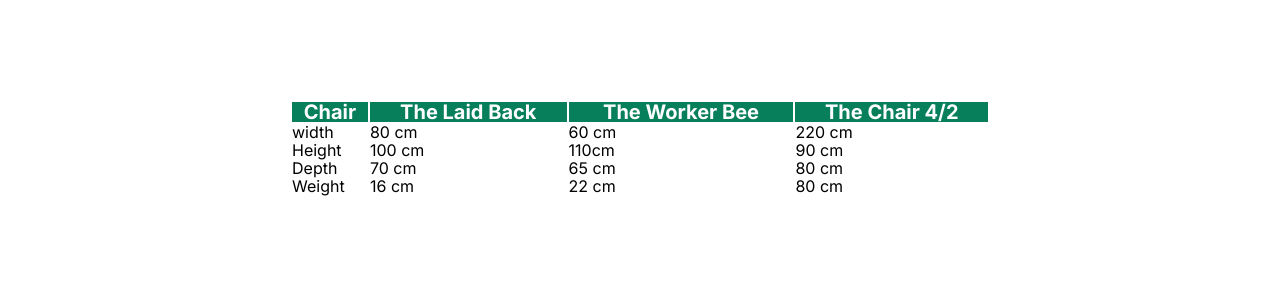
Repository: Ahmed123rezk123/06-Components
Page: table.html
The author's editor kept a copy of each file at every save. The page is drawn from the files as they stood at one save, then again after the next save.
The browser window is 1280 px wide. The pictures show the whole page.

Above is the page before, as saved 2024-09-16 09:27:59.

After the next save:
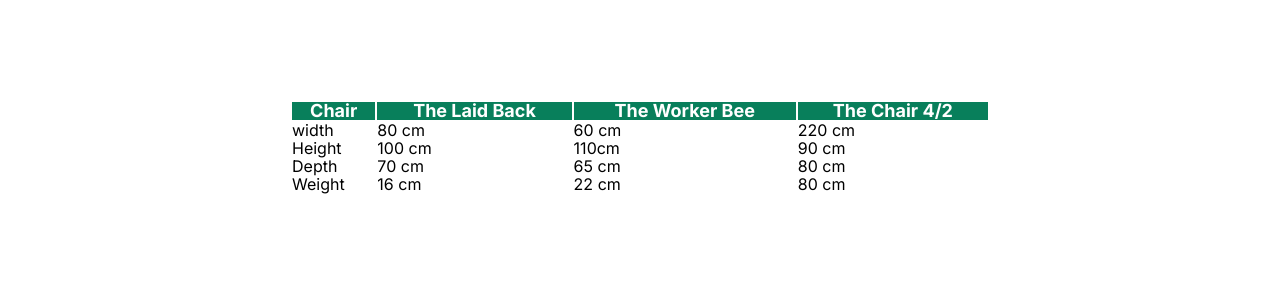
Saved 13 s later.
--- a/table.html
+++ b/table.html
@@ -28,8 +28,8 @@
       thead {
         background-color: #087f5b;
         color: #fff;
-        font-size: 20px;
-        font-weight: bold;
+        font-size: 18px;
+        font-weight: 500;
       }
     </style>
     <title>Table</title>
